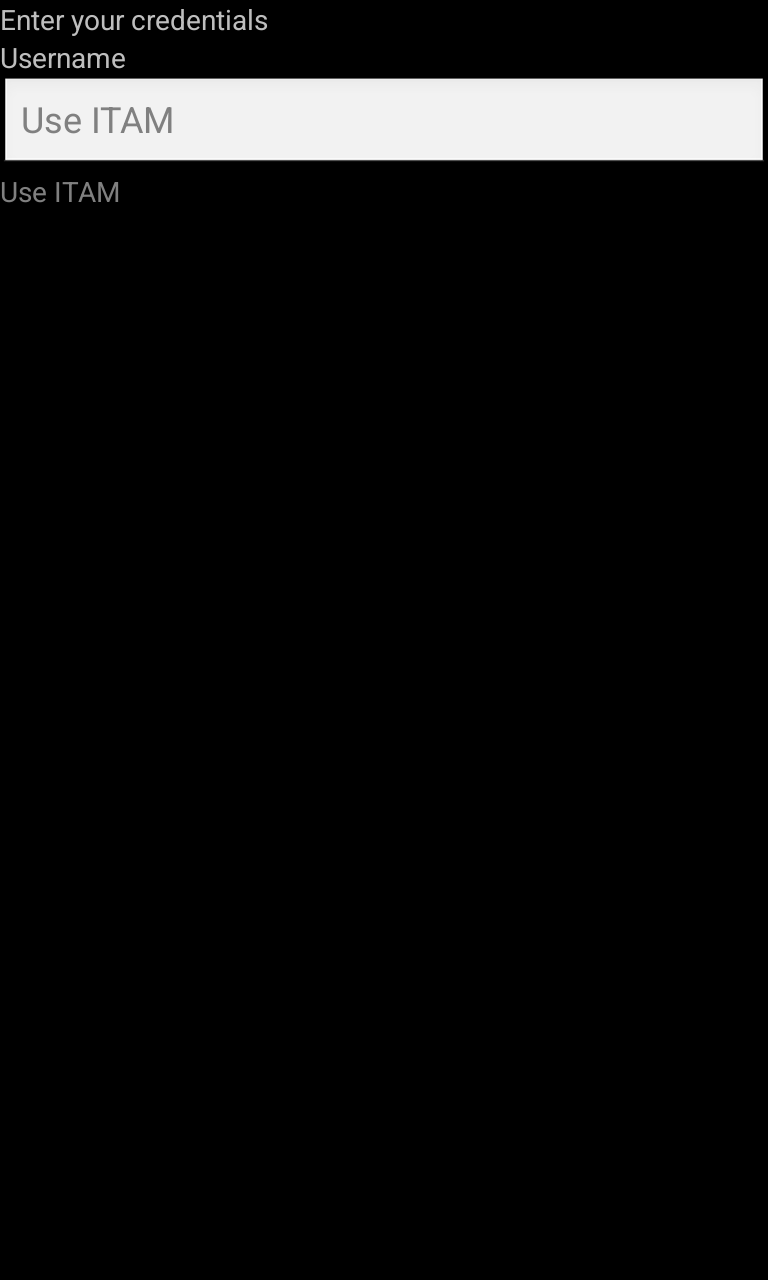
Repository: cogitovsmachina/Curso-Android-en-ITAM
Layout: SimpleLoginForm/res/layout/main.xml
An editor plug-in stored every save of this project. The layout is shown before and after the next save, followed by the edit.
It is drawn on a 768 x 1280 px phone screen (xhdpi) without system bars, with theme android:Theme; the app's code is not run.

Above is the layout before, as saved 2011-07-05 14:46:53.

After the next save:
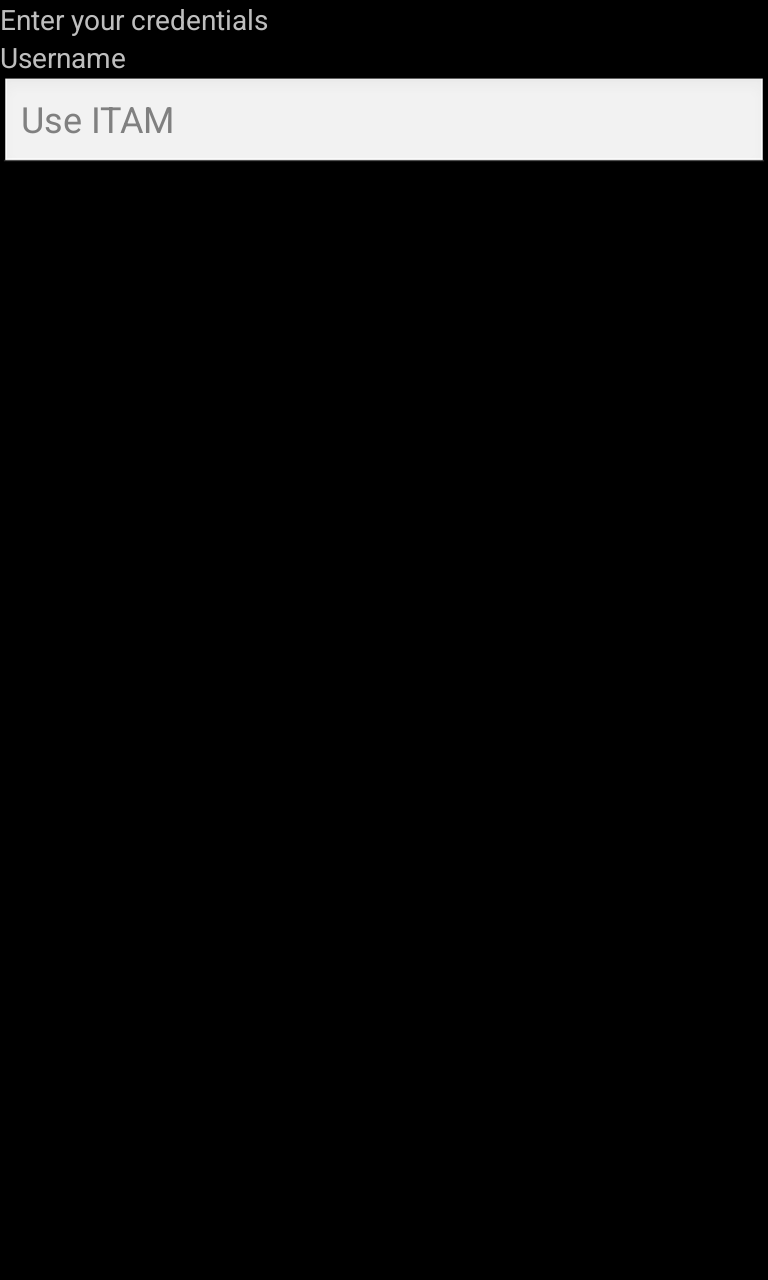
Saved 4 s later.
--- a/SimpleLoginForm/res/layout/main.xml
+++ b/SimpleLoginForm/res/layout/main.xml
@@ -23,7 +23,6 @@
 <TextView
     android:layout_width="fill_parent"
     android:layout_height="wrap_content"
-    android:hint="Use ITAM"
     android:id="@+id/username"
     />
 </LinearLayout>
